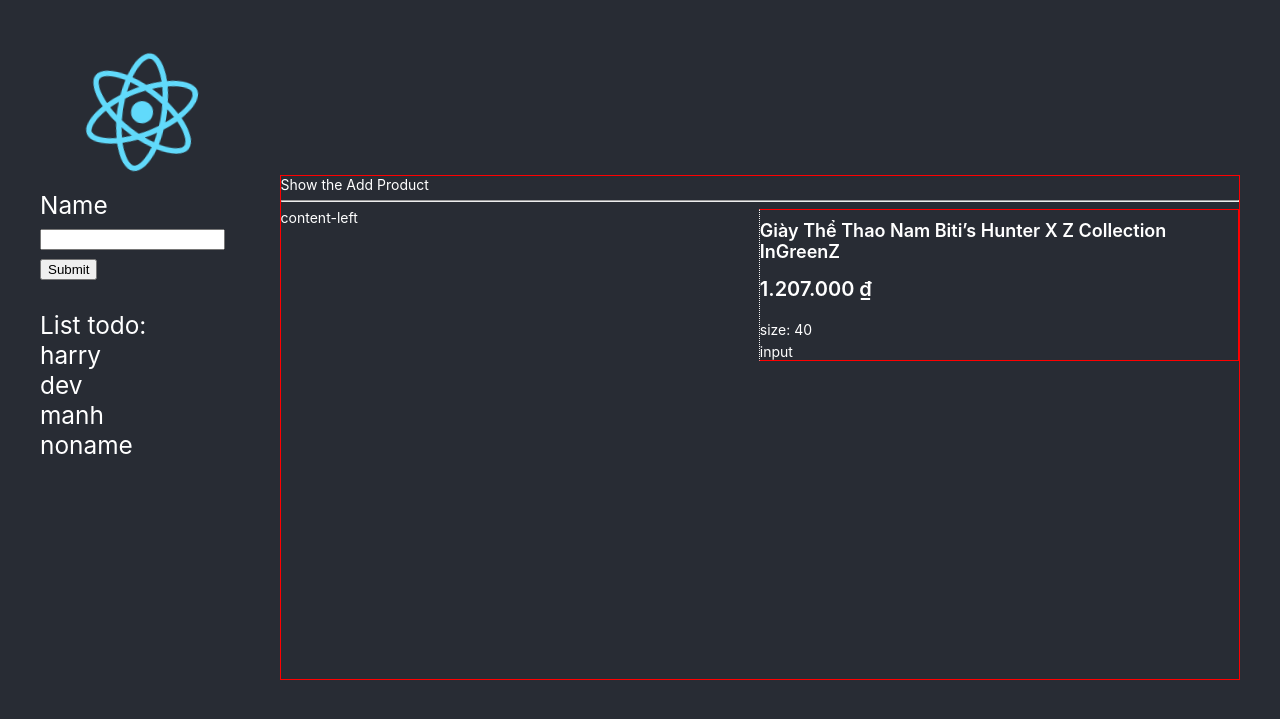
Repository: minh66hn/base-react-hook
Page: /
An editor plug-in stored every save of this project. The page is shown before and after the next save, followed by the edit.
The browser window is 1280 px wide. The pictures show the whole page.
The project was rebuilt for these pictures with package versions that can differ from the ones it lists, and the page was loaded fresh each time.

Above is the page before, as saved 2022-05-01 17:14:50.

### src/App.js
import React from "react";

import logo from "./logo.svg";
import "./App.scss";
import Home from "./components/Home";
import AddNewProduct from "./components/AddNewProduct";
import Product from "./components/Products/Product";

function App() {
  return (
    <div className="App">
      <header className="App-header content-left">
        <img src={logo} className="App-logo" alt="logo" />
        <Home></Home>
      </header>
      <div className="content-right">
        <AddNewProduct />
        <hr />
        <Product />
      </div>
    </div>
  );
}

export default App;

### src/App.scss
.App {
  padding: 40px;
  background-color: #282c34;
  height: calc(100vh - 80px);
  font-size:14px;
  display: flex;

  .content-left{
    width:20%;
  }


  .content-right{
    /* border: 1px solid red; */
    width: 80%;
    margin-top:135px;
    color: white;
    border :1px solid red
  }

}

.App-logo {
  height: 20vmin;
  pointer-events: none;
}

@media (prefers-reduced-motion: no-preference) {
  .App-logo {
    animation: App-logo-spin infinite 20s linear;
  }
}

@keyframes App-logo-spin {
  from {
    transform: rotate(0deg);
  }
  to {
    transform: rotate(360deg);
  }
}
.App-header {
  /* min-height: 100vh; */
  /* display: flex;
  flex-direction: column; */
  /* align-items: center;
  justify-content: center; */
  font-size: calc(10px + 2vmin);
  color: white;
  /* border: 1px solid green; */
  width: 50%;
}

.input-product input{
  width:50%;
  height:24px;
  outline: none;
  border-radius: 10px;
}
.input-product{
  margin-bottom: 10px;
  display:flex;
  flex-direction: column;
  gap:5px;
}
button{
  cursor: pointer;
}
.App-link {
  color: #61dafb;
}

/* img {
  display: block;
  max-width: 100%;
}
.youtube-list {
  display: grid;
  grid-template-columns: repeat(4, 2fr);
  grid-gap: 25px;
  padding: 25px;
}
.youtube-image {
  height: 250px;
  margin-bottom: 15px;
}
.youtube-image img {
  width: 100%;
  height: 100%;
  object-fit: cover;
}
.youtube-footer {
  display: flex;
  align-items: flex-start;
  gap: 0 20px;
}
.youtube-avatar {
  width: 50px;
  height: 50px;
  border-radius: 100rem;
  object-fit: cover;
  flex-shrink: 0;
}
.youtube-title {
  font-size: 18px;
  margin-bottom: 10px;
}
.youtube-author {
  font-size: 14px;
  color: #999;
  font-weight: 300;
} */

### src/components/Home.js
import React from "react";
import { useState } from "react";
import AddTodo from "./AddTodo";
import DisplayListTodo from "./DisplayListTodo";
const Home = () => {
  const [todo, setTodo] = useState("");
  const randomIntFromInterval = (min, max) => {
    // min and max included
    return Math.floor(Math.random() * (max - min + 1) + min);
  };

  const [listTodo, setListTodo] = useState([
    { id: 1, name: "harry" },
    { id: 2, name: "dev" },
    { id: 3, name: "manh" },
    { id: 4, name: "noname" },
  ]);
  const handleDeleteBtn = (id) => {
    alert(`you deleted item by id:${id}`);
    let updateListTodo = listTodo.filter((item) => item.id !== id);
    setListTodo(updateListTodo);
  };
  const handleClickbtn = (todo) => {
    const todoItem = {
      id: randomIntFromInterval(5, 999),
      name: todo,
    };
    console.log(listTodo);
    if (!todo) {
      alert("please enter todo");
      return 0;
    }
    //catch1
    // let curentTodo = listTodo;
    // curentTodo.push(todoItem);
    // setListTodo(curentTodo);
    //catch2
    setListTodo([...listTodo, todoItem]);
    setTodo("");
  };

  return (
    <div>
      <AddTodo handleClickbtn={handleClickbtn} todo={todo} setTodo={setTodo} />
      <DisplayListTodo childData={listTodo} handleDeleteBtn={handleDeleteBtn} />
    </div>
  );
};

export default Home;

### src/components/AddNewProduct.js
import React from "react";
import { useState } from "react";

const AddNewProduct = () => {
  const [productName, setProductName] = useState("");
  const [producPrice, setProductPrice] = useState(0);
  const [productSize, setProductSize] = useState(0);
  const [productColor, setProductColor] = useState("");
  const [isShowDetail, setIsShowDetail] = useState(false);

  const handleClickbtn = () => {
    let object = { productName, producPrice, productSize, productColor };
    let ListProducts = localStorage.getItem("ListProducts");
    console.log(ListProducts);
    if (ListProducts) {
      let arr = [JSON.parse(ListProducts)];
      arr.push(object);
      localStorage.setItem("ListProducts", JSON.stringify(arr));
    } else {
      localStorage.setItem("ListProducts", JSON.stringify(object));
    }
    setProductName("");
    setProductPrice(0);
    setProductSize(0);
    setProductColor("");
  };
  const handleIsHide = (currentShow) => {
    let isShow = !currentShow;
    setIsShowDetail(isShow);
  };
  return (
    <div>
      {isShowDetail === true && (
        <fieldset>
          <legend>Add New Product:</legend>
          <div className="input-product">
            <label>Name</label>
            <input
              value={productName}
              type="text"
              onChange={(event) => {
                setProductName(event.target.value);
              }}
            />
          </div>
          <div className="input-product">
            <label>Price</label>
            <input
              value={producPrice}
              type="text"
              onChange={(event) => {
                setProductPrice(event.target.value);
              }}
            />
          </div>
          <div className="input-product">
            <label>Size</label>
            <input
              value={productSize}
              type="number"
              onChange={(event) => {
                setProductSize(event.target.value);
              }}
            />
          </div>
          <div className="input-product">
            <label>Color</label>
            <input
              value={productColor}
              type="text"
              onChange={(event) => {
                setProductColor(event.target.value);
              }}
            />
          </div>
          <div>
            <button type="button" onClick={() => handleClickbtn()}>
              Submit
            </button>
          </div>
        </fieldset>
      )}

      {isShowDetail === true ? (
        <div
          onClick={() => {
            handleIsHide(true);
          }}
        >
          Is Hide Add Product
        </div>
      ) : (
        <div
          onClick={() => {
            handleIsHide(false);
          }}
        >
          Show the Add Product
        </div>
      )}
    </div>
  );
};

export default AddNewProduct;

### src/components/Products/Product.js
import React from "react";
import "../Products/Product.scss";
const Product = () => {
  return (
    <div className="products-container">
      <div className="content-left">content-left</div>
      <div className="content-right">
        <div className="title">
          Giày Thể Thao Nam Biti’s Hunter X Z Collection InGreenZ
        </div>
        <div className="price">1.207.000 ₫</div>
        <div className="size">
          size: 40
        </div>
        <div className="action">
            input
        </div>
      </div>
    </div>
  );
};

export default Product;

### src/components/AddTodo.js
import React from "react";

const AddTodo = (props) => {
  const { handleClickbtn, todo, setTodo } = props;
  return (
    <div>
      <label>Name</label>
      <input
        type="text"
        value={todo}
        onChange={(event) => {
          console.log("check event:", event);
          setTodo(event.target.value);
        }}
      />
      <button
        type="button"
        onClick={() => {
          handleClickbtn(todo);
        }}
      >
        Submit
      </button>
      <br />
      <br />
    </div>
  );
};

export default AddTodo;

### src/components/DisplayListTodo.js
import React from "react";

const DisplayListTodo = (props) => {
  const listData = props.childData;
  const handleDeleteBtn = (id) => {
    props.handleDeleteBtn(id);
  };
  return (
    <div>
      <div>List todo:</div>
      {listData.map((item) => {
        console.log(item);
        return (
          <div
            key={item.id}
            onClick={() => {
              handleDeleteBtn(item.id);
            }}
          >
            {item.name}
          </div>
        );
      })}
    </div>
  );
};

export default DisplayListTodo;

### src/components/Products/Product.scss
.products-container{
    display:flex;
    flex-direction: row;
.content-right{
    border-left:1px dotted  #f5f5f5;

    margin-top: 0px;
    width:50%;
    .title{
        font-size:18px;
        font-weight: 600;
        text-align: left;
        padding: 10px 0;
    }
    .price{
        font-size: 20px;
        font-weight: 600;
        padding: 5px 0 15px 0;
    }
    .size{
        padding: 5px 0;
    }
    .action{
        display: flex;
        flex-direction: column;
        .buy{
            cursor: pointer;
            height: 27px;
            width: 171px;
            color:#ffffff;
            background-color:#ff3945;
            border-radius: 5px;
        }
        .quantity{
            height: 14px;
            width: 35px;
            border-radius: 3px;
            }
        .buy:hover{
            background-color: #FEFBE7;
            color:#FF6363
        }
    }
}
.content-left{
    width:50%;
    .img-up{
        img{
            width: 80%;
            height: 100%;
            object-fit: cover

        }
    }
    .img-down{
        display: flex;
        gap:10px;

        .img-small{
            img{
                height: 100px;
                width: 100px;
                border-radius: 3px;
                cursor: pointer;
            }

    }

    }

}
}

Loaded but not shown: public/index.html (common file); src/index.js (common file); src/index.css (common file); src/reportWebVitals.js (common file)

After the next save:
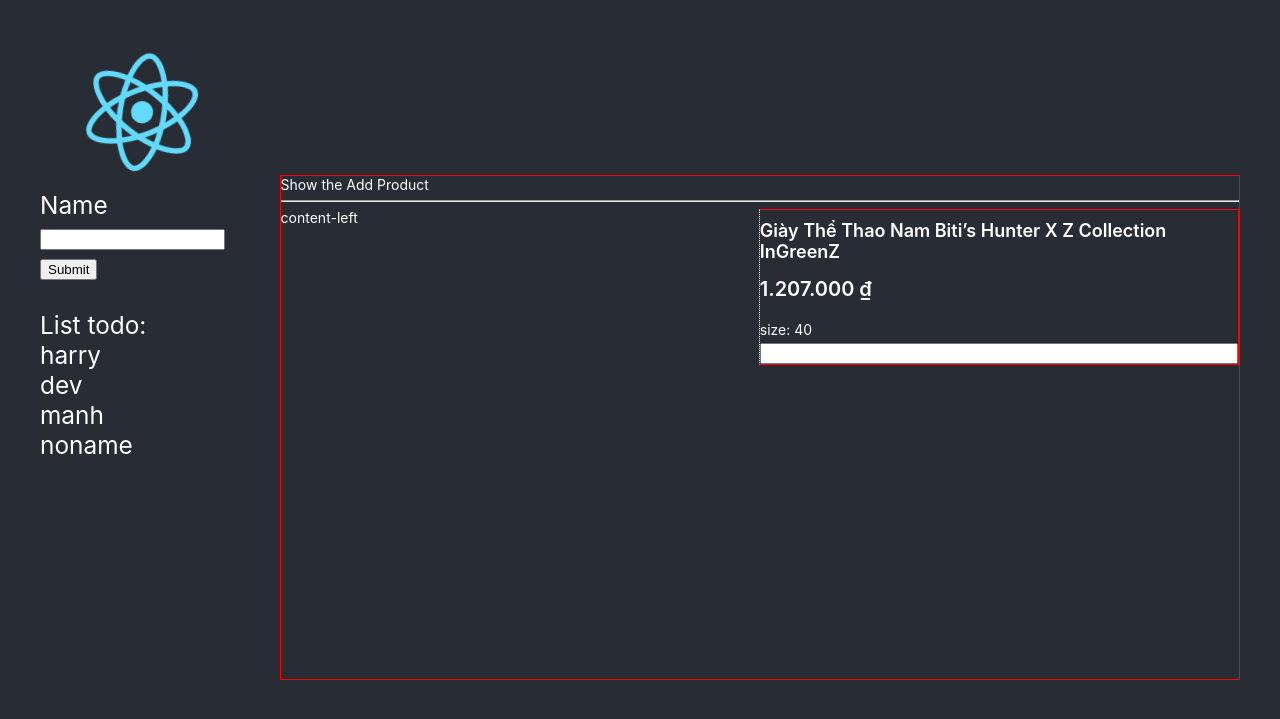
Saved 7 s later.
--- a/src/components/Products/Product.js
+++ b/src/components/Products/Product.js
@@ -13,7 +13,7 @@
           size: 40
         </div>
         <div className="action">
-            input
+            <input type="text" />
         </div>
       </div>
     </div>
